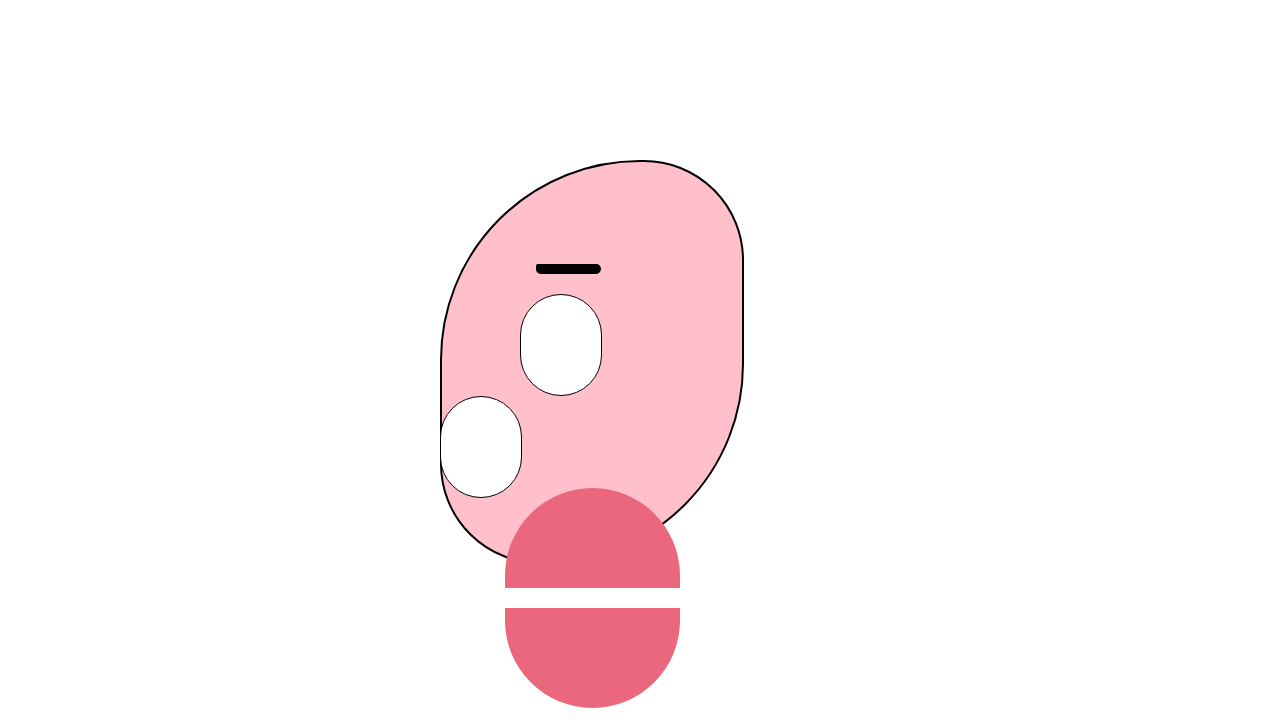
Repository: rodwestmoreland/1150
Page: cssCritter/index.html
The author's editor kept a copy of each file at every save. The page is drawn from the files as they stood at one save, then again after the next save.
The browser window is 1280 px wide. The pictures show the whole page.

Above is the page before, as saved 2021-01-25 20:22:51.

After the next save:
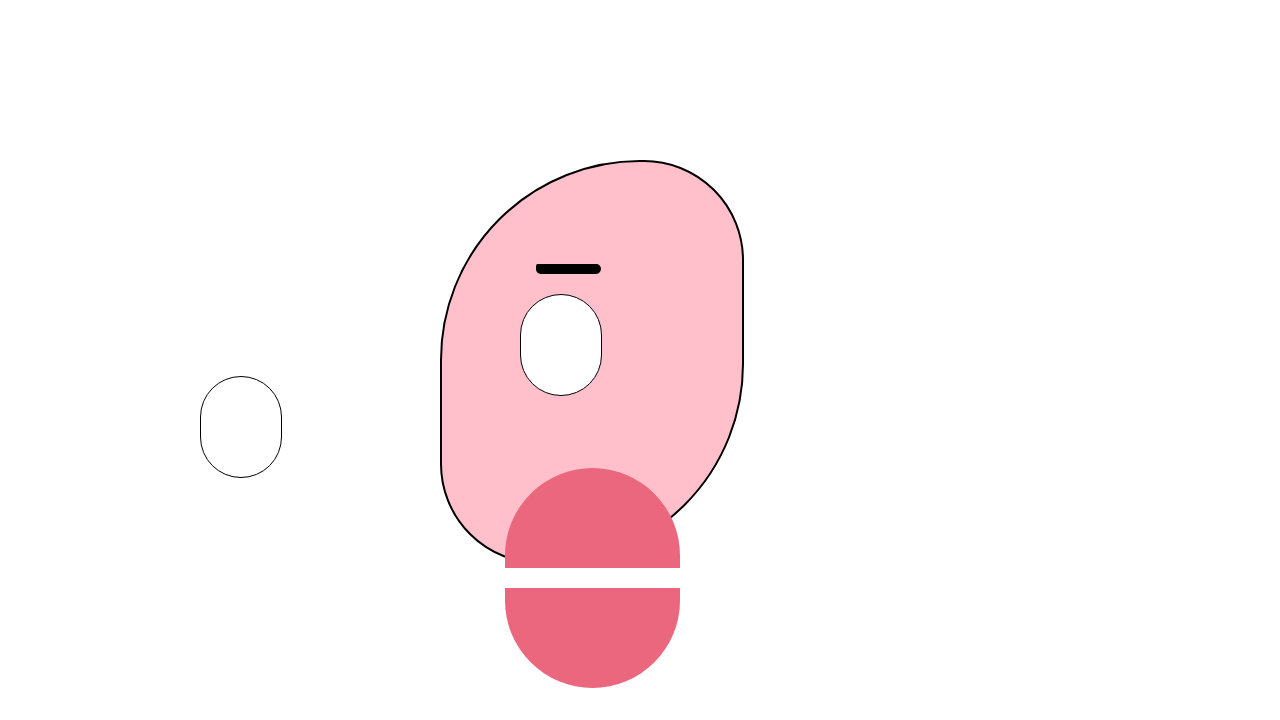
Saved 27 s later.
--- a/cssCritter/style.css
+++ b/cssCritter/style.css
@@ -32,7 +32,8 @@
     border: solid 1px #000;
     background-color: #fff;
     border-radius: 90px;
-
+    margin-top: -20px;
+    margin-left: -15em;
 
   }
 
